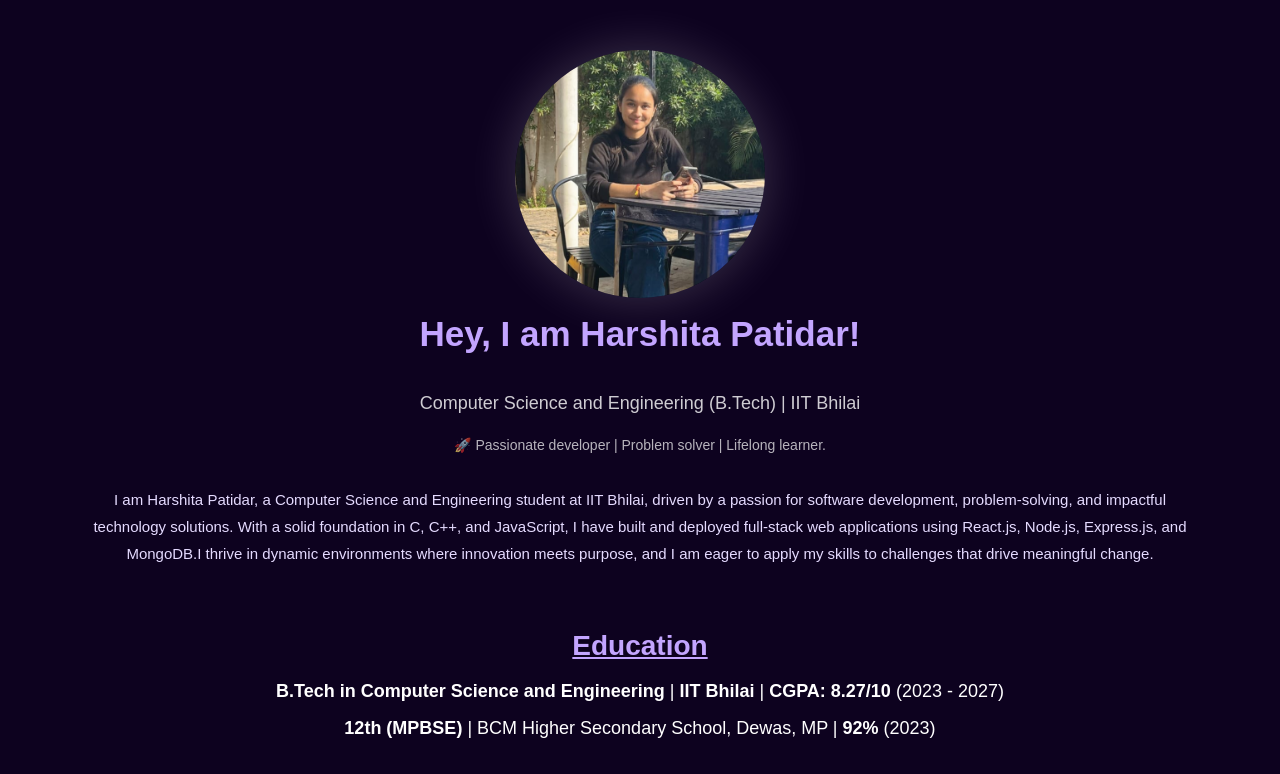
Repository: harshitap1305/Portfolio
Page: /
An editor plug-in stored every save of this project. The page is shown before and after the next save, followed by the edit.
The browser window is 1280 px wide. The pictures show the whole page.
The project was rebuilt for these pictures with package versions that can differ from the ones it lists, and the page was loaded fresh each time. Also part of the build but not shown: vite.config.js, src/Cards.jsx.

Above is the page before, as saved 2025-03-27 19:10:49.

### index.html
<!doctype html>
<html lang="en">
  <head>
    <meta charset="UTF-8" />

    <meta name="viewport" content="width=device-width, initial-scale=1.0" />
    <title>Harshita's Portfolio</title>
  </head>
  <body>
    <div id="root"></div>
    <script type="module" src="/src/main.jsx"></script>
  </body>
</html>

### src/App.jsx
import Home from './Home.jsx'

function App() {


  return (
    <>
      <Home/>
    </>
  )
}

export default App

### src/Home.jsx
import React from 'react';
import harshita from './assets/harshita.png';
import './App.css';
import { FaReact, FaHtml5, FaCss3Alt,FaNodeJs, FaPhp } from "react-icons/fa";
import { SiNextdotjs, SiExpress,SiMysql,SiMongodb } from "react-icons/si";
import Cards from './Cards';

const Home = () => {
  return (
    <>
      <img src={harshita} alt="Harshita Patidar" className="harshita" />
      <h2 className="name">Hey, I am Harshita Patidar!</h2>
      <p className="tagline">Computer Science and Engineering (B.Tech) | IIT Bhilai</p>
      <p className="subtext">
      🚀 Passionate developer | Problem solver | Lifelong learner.
      </p>
      <p className='intro'>I am Harshita Patidar, a Computer Science and Engineering student at IIT Bhilai, driven by a passion for software development, problem-solving, and impactful technology solutions. With a solid foundation in C, C++, and JavaScript, I have built and deployed full-stack web applications using React.js, Node.js, Express.js, and MongoDB.I thrive in dynamic environments where innovation meets purpose, and I am eager to apply my skills to challenges that drive meaningful change.</p>
      <div className="education-container">
        <h1 className="education-heading">Education</h1>
        <ul className="education-list">
          <li>
            <span className="edu-degree">B.Tech in Computer Science and Engineering</span> | <b>IIT Bhilai</b> | <b>CGPA: 8.27/10</b> (2023 - 2027)
          </li>
          <li>
            <span className="edu-degree">12th (MPBSE)</span> | BCM Higher Secondary School, Dewas, MP | <b>92%</b> (2023)
          </li>
        </ul>

      </div>

    </>
  );
};

export default Home;

### src/App.css
/* Background */
body {
  background-color: #0d021f;
  color: white;
  font-family: 'Poppins', sans-serif;
  text-align: center;
  justify-content: center;
  display: flex;
}

/* Image Styling */
.harshita {
  width: 250px;
  border-radius: 50%;
  display: block;
  margin: 50px auto 10px;
  box-shadow: 0px 0px 50px rgba(255, 255, 255, 0.2);
}

/* Name Styling */
.name {
  font-size: 35px;
  font-weight: bold;
  margin-top: 10px;
  color: #c3a5ff; /* Light purple */
}

/* Tagline Styling */
.tagline {
  font-size: 18px;
  margin-top: 5px;
  opacity: 0.8;
}


/* Subtext */
.subtext {
  font-size: 14px;
  margin-top: 5px;
  opacity: 0.7;
}
/* Intro Box */
.intro {
  font-size: 15px;
  line-height: 1.8;
  max-width: 1100px;
  text-align: center;
  margin-top: 20px;
  color: #e5dbff;
  padding: 10px 20px;

}

/* Highlights in Text */
.intro span {
  color: #8a4bff;
  font-weight: bold;
}
/* Education Section */
.education-container {
  margin-top: 20px;
  padding: 15px;
  text-align: left;
  max-width: 100%;
  justify-content: center;
  text-align: center;
}

.education-heading {
  font-size: 28px;
  font-weight: bold;
  color: #c3a5ff;
  margin-bottom: 10px;
  text-decoration: underline;


}

.education-list {
  list-style: none;
  padding: 0;
}

.education-list li {
  font-size: 18px;
  line-height: 1.6;
  margin-bottom: 8px;
}

.edu-degree {
  font-weight: bold;
  color: white;
}

Loaded but not shown: src/main.jsx (common file); src/index.css (common file)

After the next save:
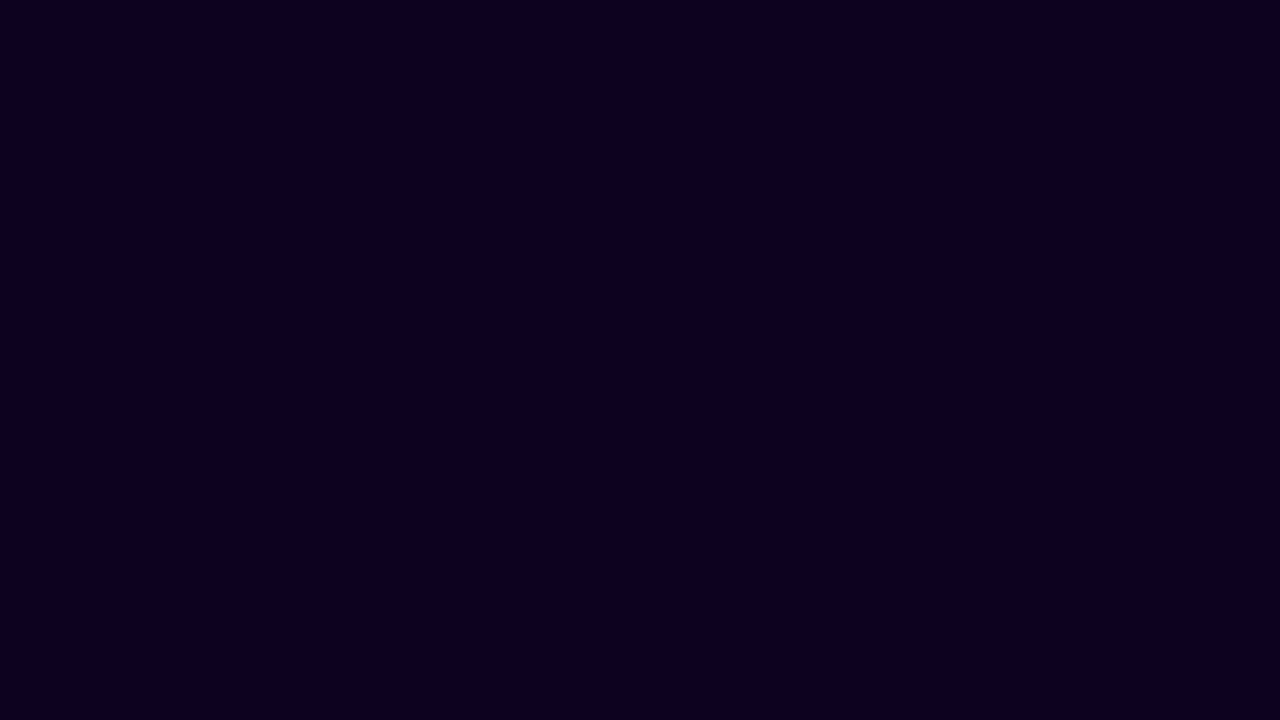
Console error: ReferenceError: FaCode is not defined
Saved 105 s later.
--- a/src/Home.jsx
+++ b/src/Home.jsx
@@ -4,7 +4,51 @@
 import { FaReact, FaHtml5, FaCss3Alt,FaNodeJs, FaPhp } from "react-icons/fa";
 import { SiNextdotjs, SiExpress,SiMysql,SiMongodb } from "react-icons/si";
 import Cards from './Cards';
+const skillsData=[
+    {
+        category: "Frontend",
+        skills: [
+          { name: "React.js", description: "Frontend Library", icon: <FaReact/> },
+          { name: "HTML", description: "Markup Language", icon: <FaHtml5 /> },
+          { name: "CSS", description: "Styling", icon: <FaCss3Alt /> },
+          { name: "Next.js", description: "Frontend Framework", icon: <SiNextdotjs /> }
+        ]
+      },
+      {
+        category: "Backend",
+        skills: [
+          { name: "Node.js", description: " JavaScript runtime", icon: <FaNodeJs /> },
+          { name: "Express.js", description: "Node.js web framework.", icon: <SiExpress /> },
+          { name: "PHP", description: "Backend scripting language", icon: <FaPhp /> }
+        ]
+      },
+      {
+        category: "Database",
+        skills: [
+          { name: "MongoDB", description: "NoSQL Database", icon: <SiMongodb/> },
+          { name: "MySQL", description: "Relational Database", icon: <SiMysql /> },
 
+        ]
+      },
+      {
+        category: "Frontend",
+        skills: [
+          { name: "React.js", description: "Frontend Library", icon: <FaCode /> },
+          { name: "HTML", description: "Markup Language", icon: <FaCode /> },
+          { name: "CSS", description: "Styling", icon: <FaCode /> },
+          { name: "JavaScript", description: "Programming Language", icon: <FaCode /> }
+        ]
+      },
+      {
+        category: "Frontend",
+        skills: [
+          { name: "React.js", description: "Frontend Library", icon: <FaCode /> },
+          { name: "HTML", description: "Markup Language", icon: <FaCode /> },
+          { name: "CSS", description: "Styling", icon: <FaCode /> },
+          { name: "JavaScript", description: "Programming Language", icon: <FaCode /> }
+        ]
+      }
+]
 const Home = () => {
   return (
     <>

After the save that followed:
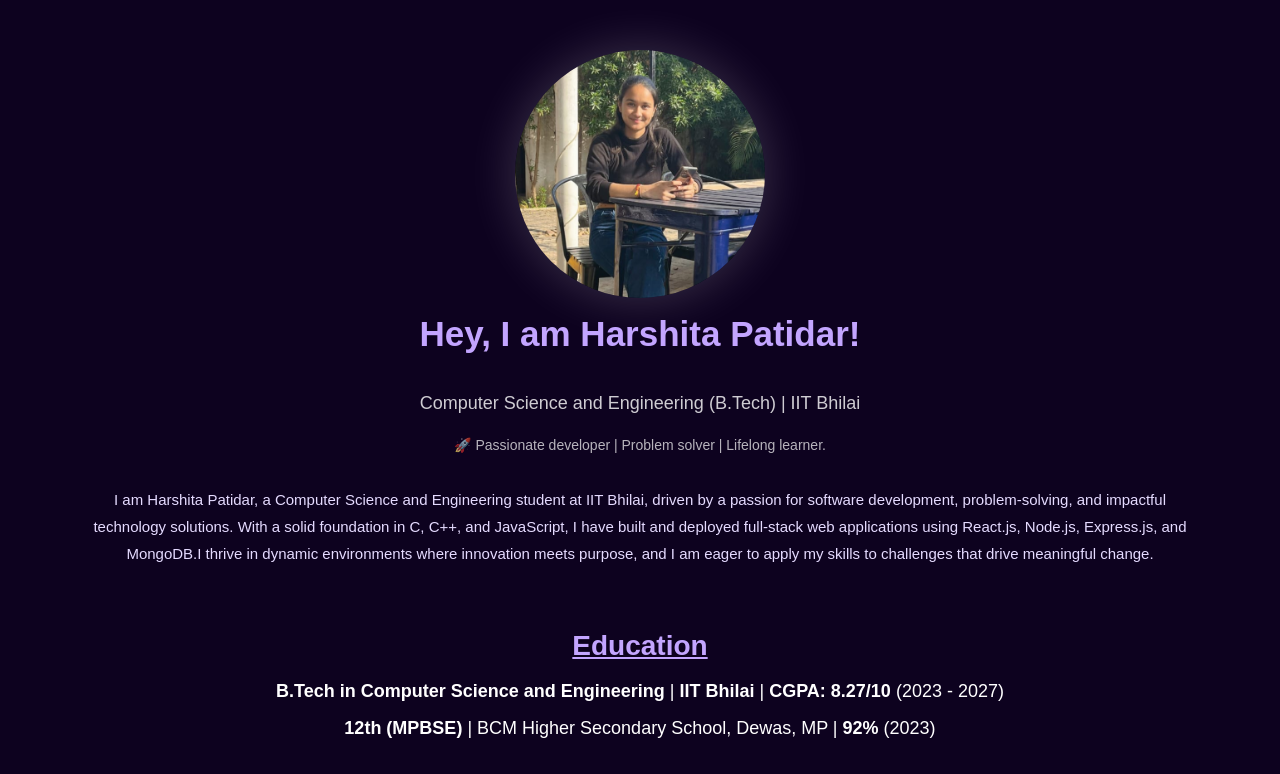
The error is gone.
Saved 11 s later.
--- a/src/Home.jsx
+++ b/src/Home.jsx
@@ -29,24 +29,6 @@
           { name: "MySQL", description: "Relational Database", icon: <SiMysql /> },
 
         ]
-      },
-      {
-        category: "Frontend",
-        skills: [
-          { name: "React.js", description: "Frontend Library", icon: <FaCode /> },
-          { name: "HTML", description: "Markup Language", icon: <FaCode /> },
-          { name: "CSS", description: "Styling", icon: <FaCode /> },
-          { name: "JavaScript", description: "Programming Language", icon: <FaCode /> }
-        ]
-      },
-      {
-        category: "Frontend",
-        skills: [
-          { name: "React.js", description: "Frontend Library", icon: <FaCode /> },
-          { name: "HTML", description: "Markup Language", icon: <FaCode /> },
-          { name: "CSS", description: "Styling", icon: <FaCode /> },
-          { name: "JavaScript", description: "Programming Language", icon: <FaCode /> }
-        ]
       }
 ]
 const Home = () => {
